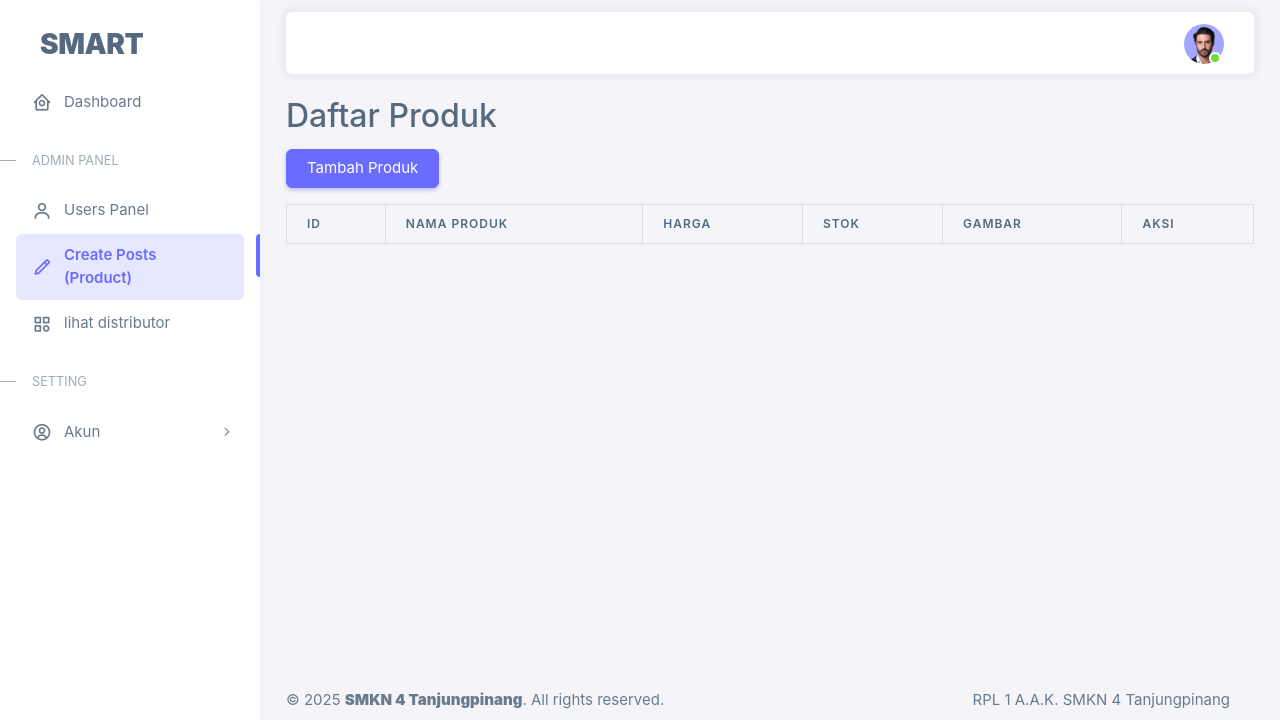
Repository: athalantis/SMart
Page: http://localhost/products.php
These files come from the project's save history. The page is drawn as it stood at one moment and after the next save; the edit follows.
The browser window is 1280 px wide. The pictures show the whole page.
Some web fonts or font styles are not loaded; a fallback is used. The page is run by PHP 8.4 with error messages shown; the project is at /var/www/html/. The session is filled in as if someone had signed in: {"username": "testuser", "name": "Test User", "role": "admin", "user_id": 1}. Queries for data that is not in the repository find no rows.

Above is the page before, as saved 2025-03-28 13:22:53.

After the next save:
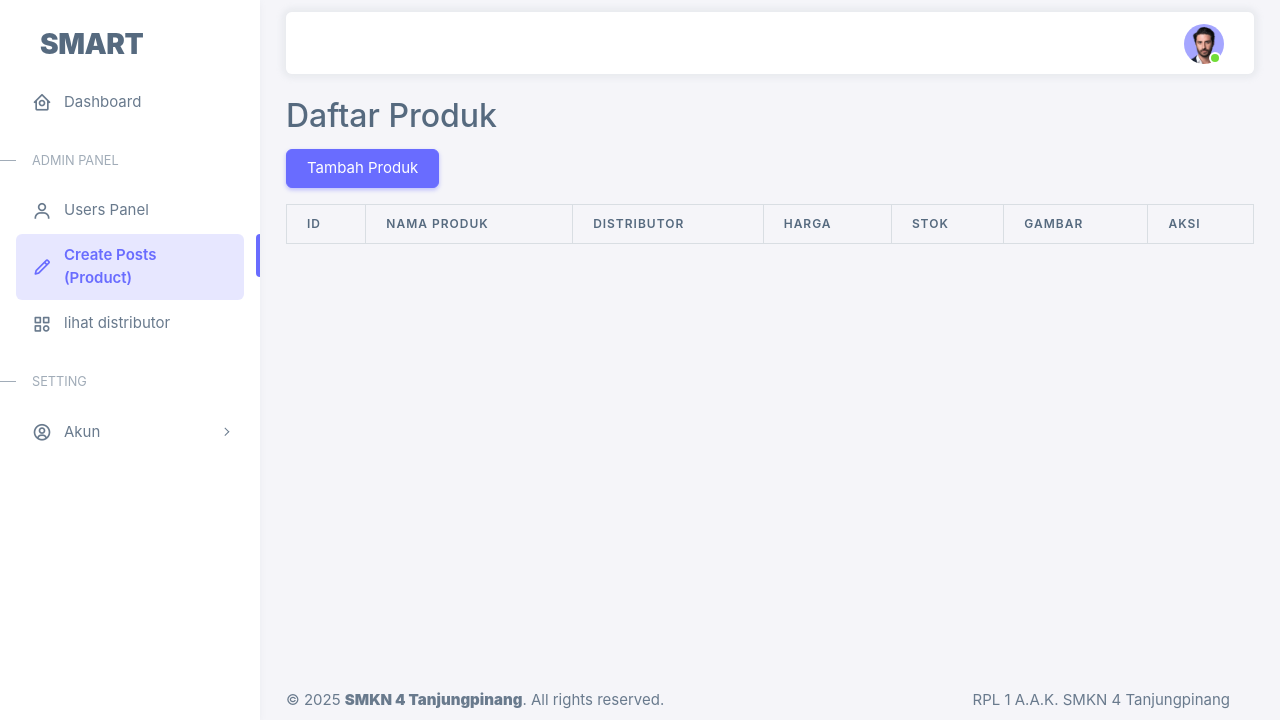
Saved 75 s later.
--- a/products.php
+++ b/products.php
@@ -4,7 +4,38 @@ $title = "Admin's Dashboard";
 include ".includes/toast_notification.php";
 include "config.php"; // Koneksi database
 
-$query = "SELECT * FROM produk";
+// Handle hapus produk
+if ($_SERVER["REQUEST_METHOD"] == "POST" && isset($_POST['hapus_produk'])) {
+    $id = $_POST['produk_id'];
+
+    // Ambil nama gambar untuk dihapus dari folder
+    $stmt = $conn->prepare("SELECT gambar_produk FROM produk WHERE produk_id = ?");
+    $stmt->bind_param("i", $id);
+    $stmt->execute();
+    $result = $stmt->get_result();
+    $produk = $result->fetch_assoc();
+    $stmt->close();
+
+    if ($produk && !empty($produk['gambar_produk'])) {
+        unlink("product_picture/" . $produk['gambar_produk']);
+    }
+
+    // Hapus produk dari database
+    $stmt = $conn->prepare("DELETE FROM produk WHERE produk_id = ?");
+    $stmt->bind_param("i", $id);
+
+    if ($stmt->execute()) {
+        echo "<script>alert('Produk berhasil dihapus.'); window.location.href='dashboard.php';</script>";
+    } else {
+        echo "<div class='alert alert-danger'>Gagal menghapus produk.</div>";
+    }
+    $stmt->close();
+}
+
+// Query produk dengan nama distributor
+$query = "SELECT p.*, d.nama_distributor
+          FROM produk p
+          LEFT JOIN distributor d ON p.distributor_id = d.distributor_id";
 $result = mysqli_query($conn, $query);
 ?>
 
@@ -16,6 +47,7 @@ $result = mysqli_query($conn, $query);
             <tr>
                 <th>ID</th>
                 <th>Nama Produk</th>
+                <th>Distributor</th>
                 <th>Harga</th>
                 <th>Stok</th>
                 <th>Gambar</th>
@@ -27,6 +59,7 @@ $result = mysqli_query($conn, $query);
                 <tr>
                     <td><?= $row['produk_id'] ?></td>
                     <td><?= htmlspecialchars($row['nama_produk']) ?></td>
+                    <td><?= htmlspecialchars($row['nama_distributor'] ?? 'Tidak Ada') ?></td>
                     <td>Rp<?= number_format($row['harga'], 0, ',', '.') ?></td>
                     <td><?= $row['stok'] ?></td>
                     <td>
@@ -34,7 +67,10 @@ $result = mysqli_query($conn, $query);
                     </td>
                     <td>
                         <a href="product_edit.php?id=<?= $row['produk_id'] ?>" class="btn btn-warning btn-sm">Edit</a>
-                        <a href="product_delete.php?id=<?= $row['produk_id'] ?>" class="btn btn-danger btn-sm" onclick="return confirm('Hapus produk ini?');">Hapus</a>
+                        <form method="POST" style="display:inline;">
+                            <input type="hidden" name="produk_id" value="<?= $row['produk_id'] ?>">
+                            <button type="submit" name="hapus_produk" class="btn btn-danger btn-sm" onclick="return confirm('Hapus produk ini?');">Hapus</button>
+                        </form>
                     </td>
                 </tr>
             <?php endwhile; ?>
